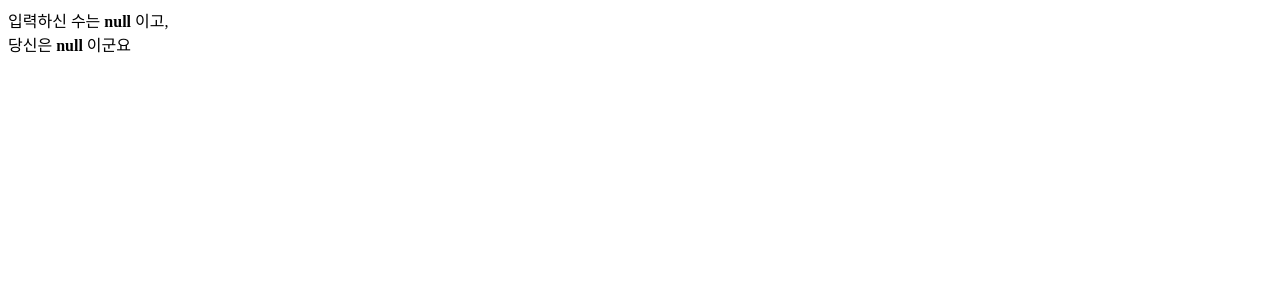
Repository: hangilyon/allJSPStudy
Page: http://localhost/jsp01/quiz02/result.jsp
These files come from the project's save history. The page is drawn as it stood at one moment and after the next save; the edit follows.
The browser window is 1280 px wide. The pictures show the whole page.
The page is served by Tomcat 9.

Above is the page before, as saved 2021-10-19 11:12:41.

### jsp01/src/main/webapp/quiz02/result.jsp
<%@ page language="java" contentType="text/html; charset=UTF-8"
    pageEncoding="UTF-8"%>
<!DOCTYPE html>
<html>
<head>
<meta charset="UTF-8">
<title>result</title>
</head>
<body>
	<%request.setCharacterEncoding("utf-8");%>
	<label>
		입력하신 수는 <b><%=request.getParameter("number")%></b> 이고,
		<br>당신은 <b><%=request.getParameter("gender")%></b> 이군요
	</label>
</body>
</html>

After the next save:
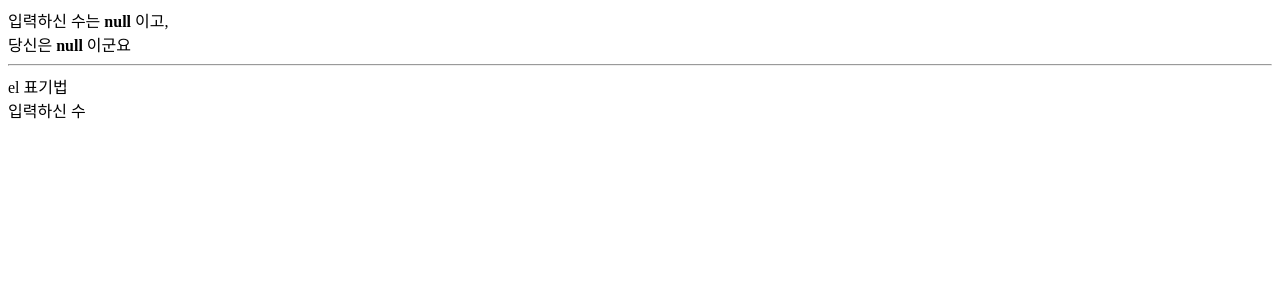
Saved 20 h 34 min later.
--- a/jsp01/src/main/webapp/quiz02/result.jsp
+++ b/jsp01/src/main/webapp/quiz02/result.jsp
@@ -11,6 +11,10 @@
 	<label>
 		입력하신 수는 <b><%=request.getParameter("number")%></b> 이고,
 		<br>당신은 <b><%=request.getParameter("gender")%></b> 이군요
+		<hr>
+		el 표기법<br>
+		입력하신 수 <b>${param.number}</b><br>
+		<b>${param.gender}</b>
 	</label>
 </body>
 </html>
